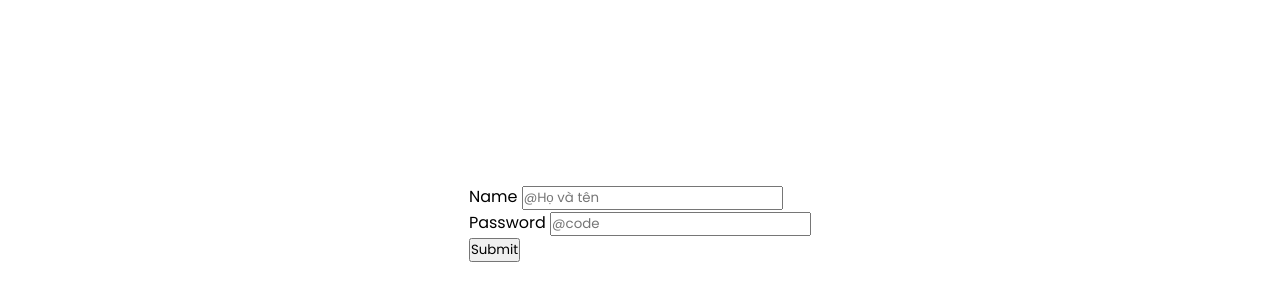
Repository: TruongVu299/Nhom21_NguyenThiNgocLam_DoTruongVu
Page: SourcesCode/index2.html
These files come from the project's save history. The page is drawn as it stood at one moment and after the next save; the edit follows.
The browser window is 1280 px wide. The pictures show the whole page.

Above is the page before, as saved 2023-04-22 02:39:29.

### SourcesCode/index2.html
<!DOCTYPE html>
<html lang="en">
<head>
    <meta charset="UTF-8">
    <meta http-equiv="X-UA-Compatible" content="IE=edge">
    <meta name="viewport" content="width=device-width, initial-scale=1.0">
    <title>Đăng nhập</title>
    <link rel="stylesheet" href="./style2.css">
</head>
<body>
    <div id="wrapper">
        <div class="header1">
            <label >Name</label>
            <input placeholder="@Họ và tên" >
        </div>
        <div class="header2">
            <label>Password</label>
            <input placeholder="@code" >
        </div>
        <div class="header3">
            <button >Submit</button>
        </div>
    </div>
</body>
</html>

### SourcesCode/style2.css
@import url('https://fonts.googleapis.com/css2?family=Poppins:ital,wght@0,400;0,500;0,600;1,200;1,400;1,500&display=swap');
*{
    padding:0;
    margin:0;
    box-sizing: border-box;
    font-family:'Poppins', sans-serif;
    cursor: pointer;
}
#wrapper {
    width:max-content;
    height: 478px;
    margin:0px auto;
    margin-top:184px;
    margin-bottom: 50px;
}
#wrapper header {
text-align: center;
}

After the next save:
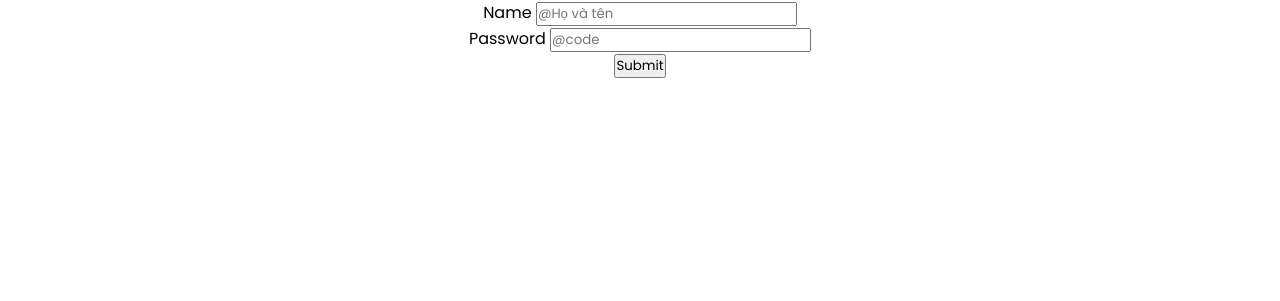
Saved 68 s later.
--- a/SourcesCode/style2.css
+++ b/SourcesCode/style2.css
@@ -7,12 +7,5 @@
     cursor: pointer;
 }
 #wrapper {
-    width:max-content;
-    height: 478px;
-    margin:0px auto;
-    margin-top:184px;
-    margin-bottom: 50px;
+   text-align: center;
 }
-#wrapper header {
-text-align: center;
-}
